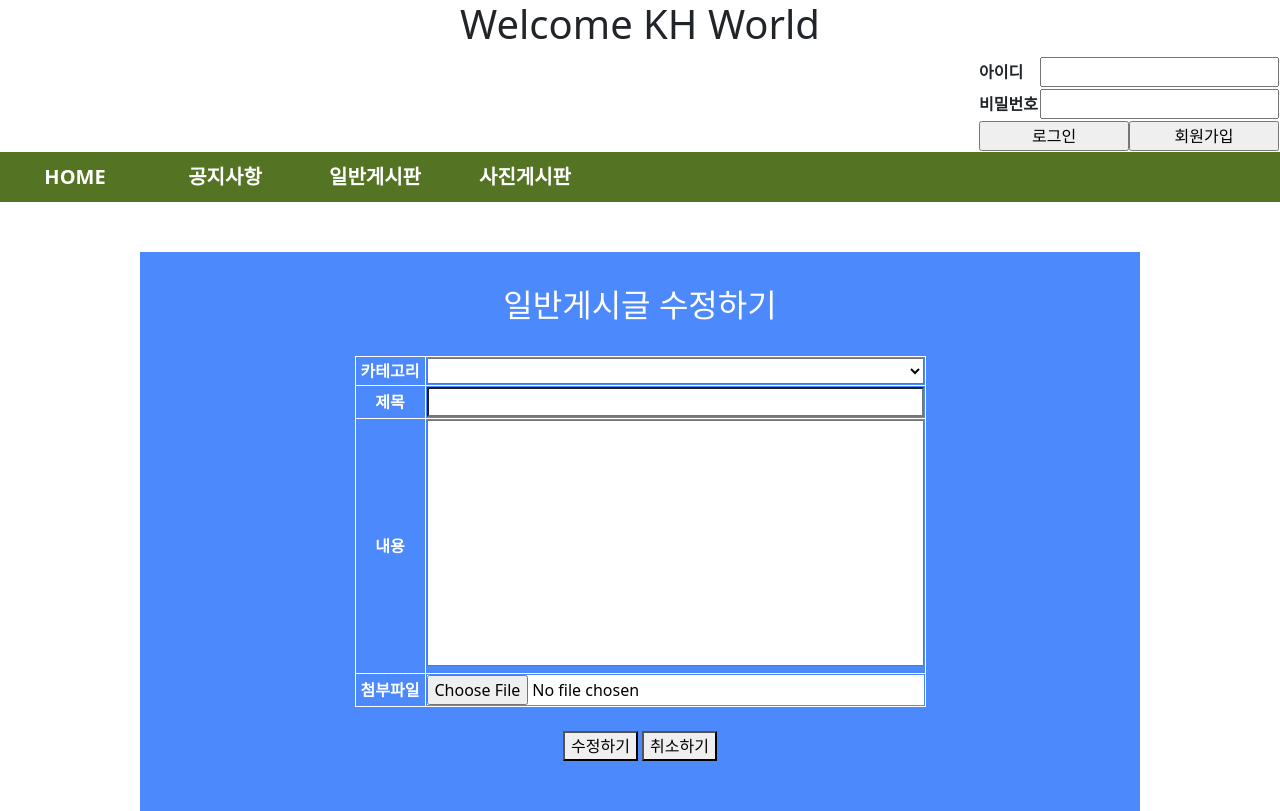
Repository: eru2/Study
Page: http://localhost/JspProject/views/board/boardUpdateForm.jsp
The author's editor kept a copy of each file at every save. The page is drawn from the files as they stood at one save, then again after the next save.
The browser window is 1280 px wide. The pictures show the whole page.
The page is served by Tomcat 10. The template is opened directly, without the code that normally fills it, so the values that code supplies are empty.

Above is the page before, as saved 2025-03-04 01:08:12.

After the next save:
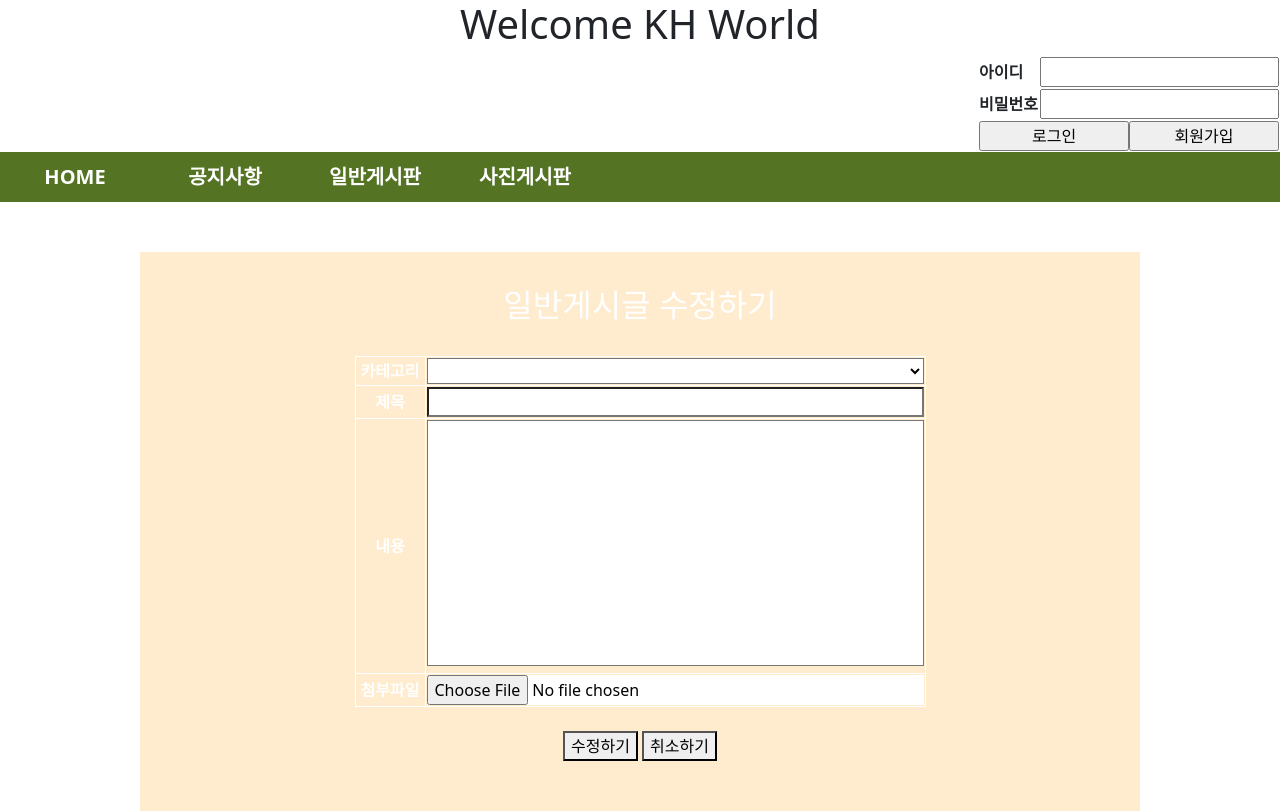
Saved 18 s later.
--- a/07_JSP/JspProject/src/main/webapp/views/board/boardUpdateForm.jsp
+++ b/07_JSP/JspProject/src/main/webapp/views/board/boardUpdateForm.jsp
@@ -9,7 +9,7 @@
 	<title>Insert title here</title>
 	<style>
 		.outer {
-			background: #4b89fc;
+			background: blanchedalmond;
 			color: white;
 			width: 1000PX;
 			margin: auto;
